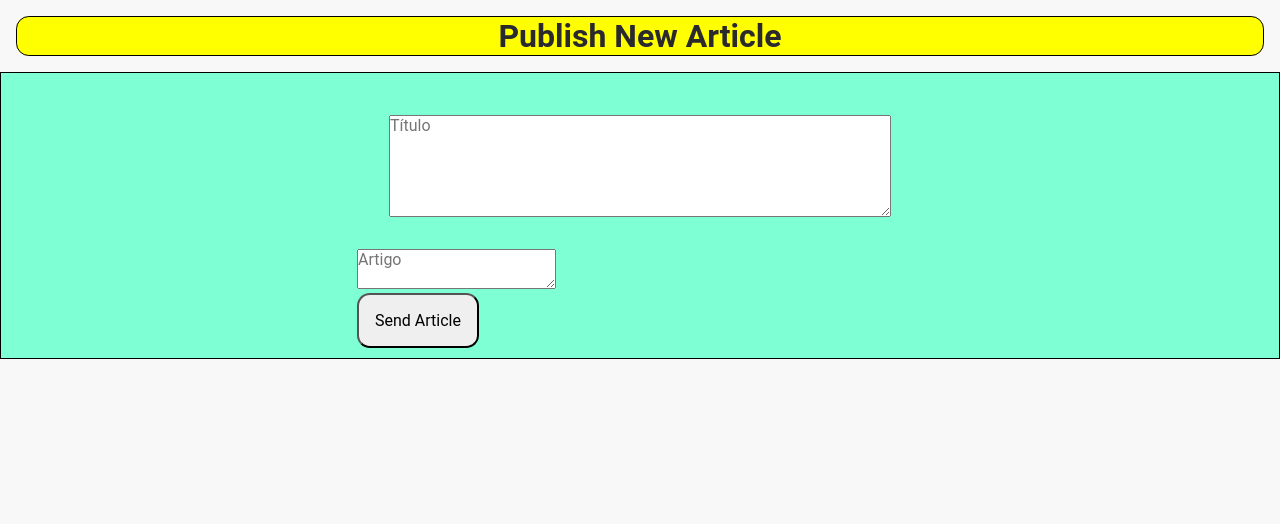
Repository: batmit/publish_articles
Page: /publish
These files come from the project's save history. The page is drawn as it stood at one moment and after the next save; the edit follows.
The browser window is 1280 px wide. The pictures show the whole page.
The project was rebuilt for these pictures with package versions that can differ from the ones it lists, and the page was loaded fresh each time. Also part of the build but not shown: src/pages/articles.tsx, src/pages/article.tsx, src/pages/Home.tsx.

Above is the page before, as saved 2021-06-29 18:36:06.

### public/index.html
<!DOCTYPE html>
<html lang="en">
  <head>
    <meta charset="utf-8" />
    <meta name="viewport" content="width=device-width, initial-scale=1" />
    <meta name="theme-color" content="#000000" />
    <meta
      name="description"
      content="Web site created using create-react-app"
    />
    <title>publish_articles</title>
  </head>
  <body>
    <noscript>You need to enable JavaScript to run this app.</noscript>
    <div id="root"></div>
    <!--
      This HTML file is a template.
      If you open it directly in the browser, you will see an empty page.

      You can add webfonts, meta tags, or analytics to this file.
      The build step will place the bundled scripts into the <body> tag.

      To begin the development, run `npm start` or `yarn start`.
      To create a production bundle, use `npm run build` or `yarn build`.
    -->
  </body>
</html>

### src/App.tsx
import React from 'react';
import { BrowserRouter, Route } from 'react-router-dom';
import { Articles } from './pages/articles';

import {Article} from './pages/article'

import {Home} from './pages/Home';
import { Publish_Articles } from './pages/publish_articles';

import './styles/global.scss';



function App() {
  return (

    <BrowserRouter>

      <Route path='/' exact component={Home} />

      <Route path='/articles' exact component={Articles} />

      <Route path='/articles/:id' component={Article} />

      <Route path='/publish' exact component={Publish_Articles} />



    </BrowserRouter>

  );
}

export default App;

### src/pages/publish_articles.tsx
import { FormEvent, useState } from "react";
import { useHistory } from "react-router-dom";
import { database } from "../services/firebase";

export function Publish_Articles() {

    const [title, setNewTitle] = useState('');

    const [article, setNewArticle] = useState('');

    const history = useHistory();

    async function handleSendArticle(event: FormEvent) {

        event.preventDefault();

        await database.ref(`articles/${title}`).push(article);

        setNewArticle('');

        setNewTitle('');

        history.push(`articles/${title}`)

    };

    return (
        <>
            <header>
                <h1>Publish New Article</h1>
            </header>

            <main>
                <form onSubmit={handleSendArticle}>
                        <textarea
                            className="title"
                            placeholder="Título"
                            onChange={event => setNewTitle(event.target.value)}
                            value={title}
                        />


                        <textarea
                            placeholder="Artigo"
                            onChange={event => setNewArticle(event.target.value)}
                            value={article}
                        />

                        <div className="form-footer">
                            <button type='submit'>Send Article</button>
                        </div>

                </form>
            </main>
        </>
    );
}

### src/styles/global.scss
* {
    margin: 0;
    padding: 0;
    box-sizing: boder-box;
}

body{
    background: #f8f8f8;
    color: #29292e;
}

body, input, button, textarea {
    font: 400 16px 'Roboto', sans-serif ; // se não rodar o Roboto pega o sans-serif
}

header {
    text-align: center;
    justify-content: center;
    align-items: center;
    background: yellow;
    border: 1px solid black;
    border-radius: 0.8rem;
    margin: 1rem;
}

main {
    align-items: center;
    justify-content: center;
    display: flex;
    gap: 10px;
    background: aquamarine;
    border: 1px solid black;
    padding: 10px;


}

button {
    padding: 1rem;
    border-radius: 0.8rem;
    gap: 10px;
    transition: 0.2s;
}

button:hover {
    background-color: white;

}

form {
    .title {
        display: block;
        width: 500px;
        height: 100px;
        margin: 2rem;
    }
}

### src/services/firebase.ts
import firebase from 'firebase/app'; // tem que baixar primeira yarn add firebase

import 'firebase/auth';
import 'firebase/database';

const firebaseConfig = {
    apiKey: "AIzaSyAnqsPR26s-jH9kgIT35JRFnFNwjQIPuWg",
    authDomain: "publish-articles-5a753.firebaseapp.com",
    databaseURL: "https://publish-articles-5a753-default-rtdb.firebaseio.com",
    projectId: "publish-articles-5a753",
    storageBucket: "publish-articles-5a753.appspot.com",
    messagingSenderId: "1038663375307",
    appId: "1:1038663375307:web:9e3542b0440fa2c5873e4e"
};

firebase.initializeApp(firebaseConfig); //inicio

const auth = firebase.auth(); // vou exportar
const database = firebase.database()

export { firebase, auth, database }

Loaded but not shown: src/index.tsx (common file)

After the next save:
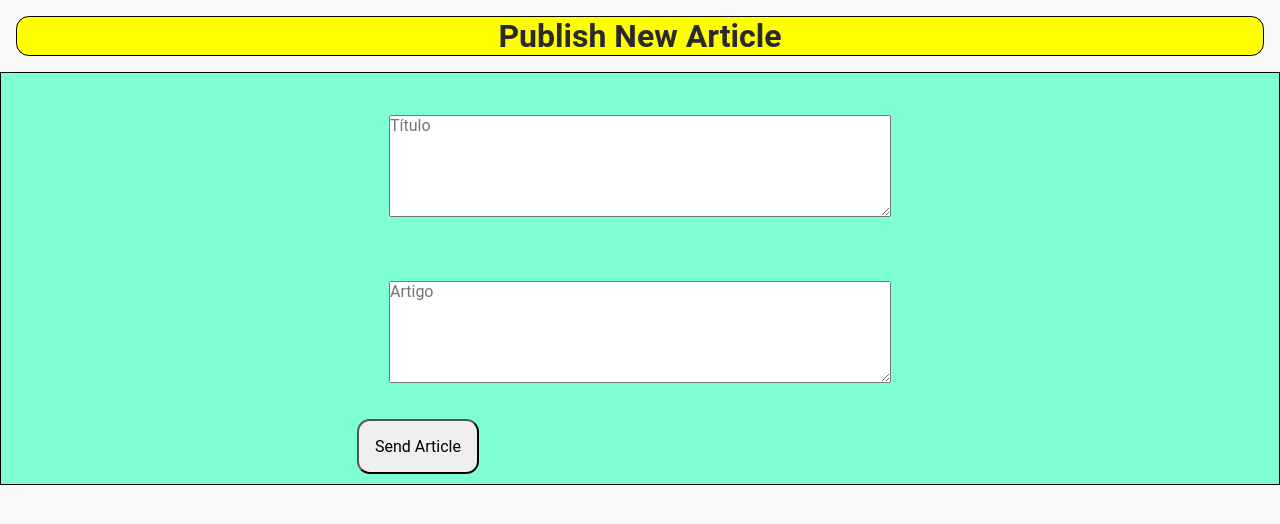
Saved 45 s later.
--- a/src/styles/global.scss
+++ b/src/styles/global.scss
@@ -54,4 +54,10 @@ form {
         height: 100px;
         margin: 2rem;
     }
+
+    textarea{
+        width: 500px;
+        height: 100px;
+        margin: 2rem;
+    }
 }
